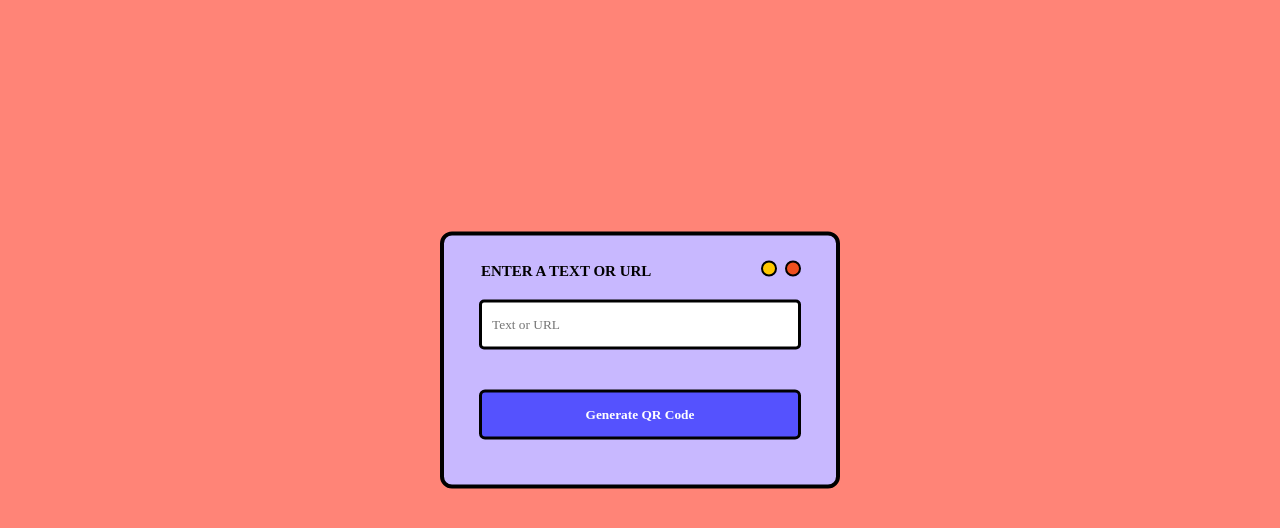
Repository: ThisIsSahaj/Js-Projects
Page: QRcodeGen/index.html
These files come from the project's save history. The page is drawn as it stood at one moment and after the next save; the edit follows.
The browser window is 1280 px wide. The pictures show the whole page.

Above is the page before, as saved 2024-04-23 18:18:19.

After the next save:
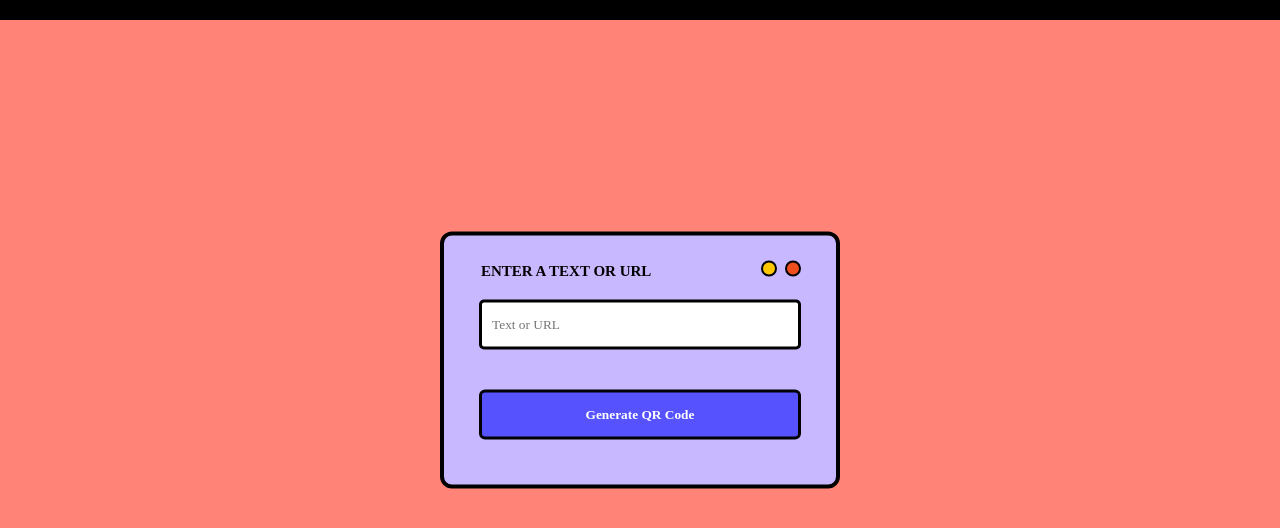
Saved 26 s later.
--- a/QRcodeGen/style.css
+++ b/QRcodeGen/style.css
@@ -8,6 +8,7 @@
 
 html{
     cursor: url('/assets/images/Pointer.png');
+    border: 10px solid black;
 }
 
 
